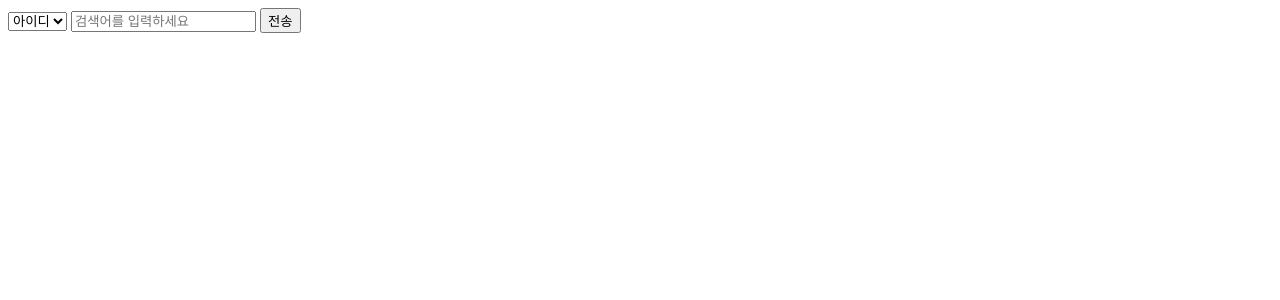
Repository: cdnwell/Jsp
Page: http://localhost/StepRe03/04_search_member.jsp
These files come from the project's save history. The page is drawn as it stood at one moment and after the next save; the edit follows.
The browser window is 1280 px wide. The pictures show the whole page.
The page is served by Tomcat 9. Other server files are loaded and not shown.

Above is the page before, as saved 2022-07-01 08:35:56.

### StepRe03/src/main/webapp/04_search_member.jsp
<%@ page language="java" contentType="text/html; charset=UTF-8"
    pageEncoding="UTF-8"%>
<!DOCTYPE html>
<html>
<head>
<meta charset="UTF-8">
<title>Insert title here</title>
</head>
<body>
	<form>
		<select name="kind">
			<option value="id">아이디</option>
			<option value="name">이름</option>
			<option value="gender">성별</option>
		</select>
		<input type="text" name="search" placeholder="검색어를 입력하세요">
		<button>전송</button>
	</form>
	<table>

	</table>
</body>
</html>

After the next save:
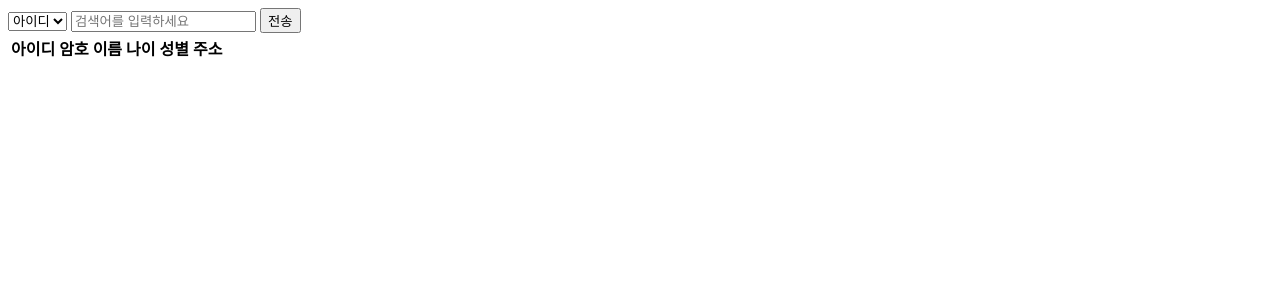
Saved 32 s later.
--- a/StepRe03/src/main/webapp/04_search_member.jsp
+++ b/StepRe03/src/main/webapp/04_search_member.jsp
@@ -17,7 +17,16 @@
 		<button>전송</button>
 	</form>
 	<table>
-
+		<thead>
+			<tr>
+				<th>아이디</th>
+				<th>암호</th>
+				<th>이름</th>
+				<th>나이</th>
+				<th>성별</th>
+				<th>주소</th>
+			</tr>
+		</thead>
 	</table>
 </body>
 </html>
